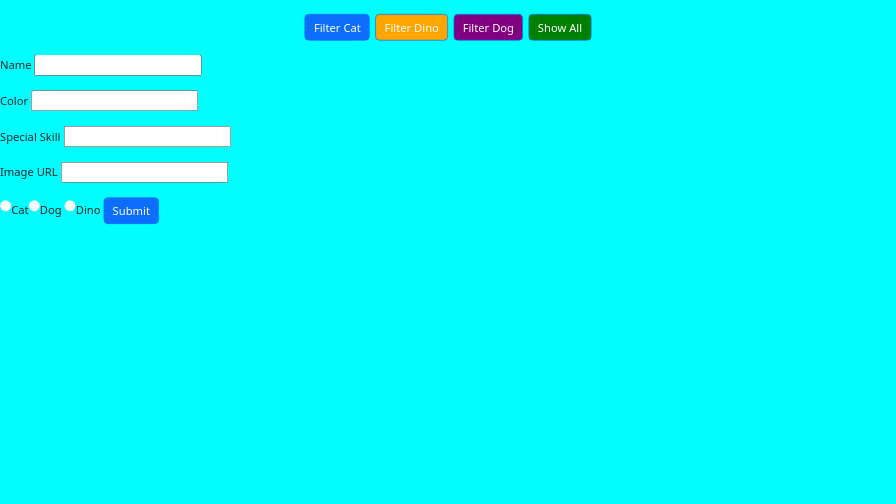
Repository: jgramirez0210/LAB-pet-adoption
Page: index.html
The author's editor kept a copy of each file at every save. The page is drawn from the files as they stood at one save, then again after the next save.
The browser window is 1280 px wide. The pictures show the part of the page from y = 0 to 1920 px (the page is 720 px tall before and 4080 px after), at 70% of full size.

Above is the page before, as saved 2023-10-21 13:53:02.

After the next save:
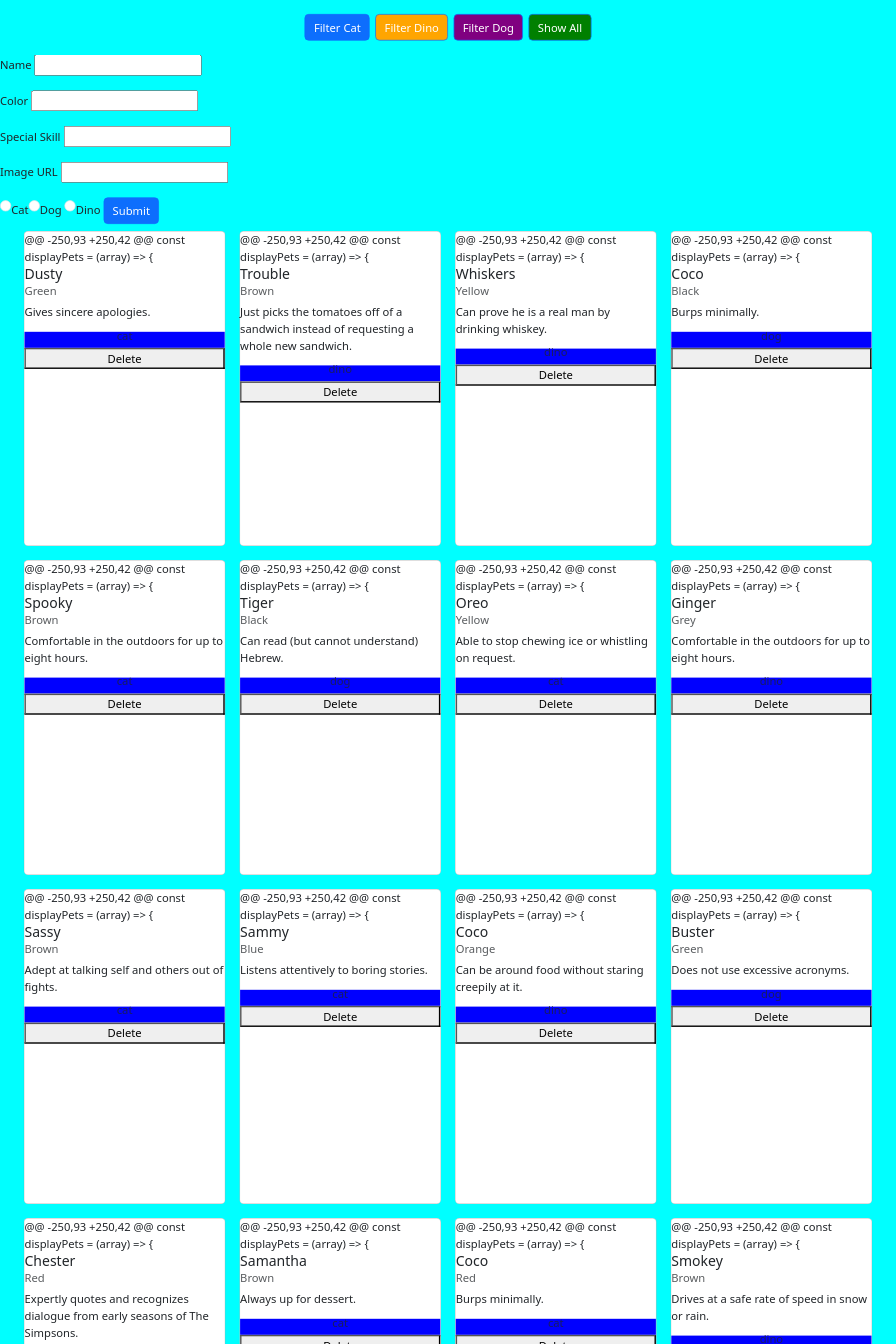
Saved 2 days later.
--- a/main.js
+++ b/main.js
@@ -241,54 +241,97 @@
     }
   ];
 
-const filterCards = (array) => {
-  let domString = "";
-  array.forEach((pet) => {
-    domString += `<div class="card" style="width: 18rem;">
-    <div class="card-body">
-    <img src="${pet.imageUrl}" class="card-img-top" alt="...">
-      <h5 class="card-title">${pet.name}</h5>
-      <h6 class="card-subtitle mb-2 text-body-secondary">${pet.color}</h6>
-      <p class="card-text">${pet.specialSkill}</p>
-      <h6 class="card-subtitle mb-2 text-body-secondary">${pet.type}</h6>
-    </div>
-  </div>`;
-  })
+  const displayPets = (array) => {
+    let domString = "";
+    array.forEach((pet) => {
+      domString += `<div class="card" style="width: 18rem;">
+    @@ -250,93 +250,42 @@ const displayPets = (array) => {
+        <h5 class="card-title">${pet.name}</h5>
+        <h6 class="card-subtitle mb-2 text-body-secondary">${pet.color}</h6>
+        <p class="card-text">${pet.specialSkill}</p>
+        <footer>
+        <h6 class="card-subtitle mb-2 text-body-secondary">${pet.type}</h6>
+        </footer>
+        <button id="delete--${pet.id}">Delete</button>
+      </div>
+    </div>`;
+    })
+
+    app.innerHTML = domString;
+  }
 
   const app = document.querySelector("#app");
-  app.innerHTML = domString;
-}
-
-
-const filterByType = (type) => {
-  return pets.filter(pet => pet.type === type)
-}
-const btnFilterCat = document.querySelector("#btn-cat");
-
-btnFilterCat.addEventListener('click',() => {
-  const filteredPets = filterByType('cat');
-  filterCards(filteredPets)
-})
-
-
-const btnFilterDino = document.querySelector("#btn-dino");
-
-btnFilterDino.addEventListener('click',() => {
-  const filteredPets = filterByType('dino');
-  filterCards(filteredPets)
-})
-
-
-const btnFilterDog = document.querySelector("#btn-dog");
-
-btnFilterDog.addEventListener('click',() => {
-  const filteredPets = filterByType('dog');
-  filterCards(filteredPets)
-})
-
-
-const btnFilterAll = document.querySelector("#btn-all");
-
-btnFilterAll.addEventListener('click',() => {
-  filterCards(pets);
-})
+  displayPets(pets);
+
+
+  const filterByType = (type) => {
+    return pets.filter(pet => pet.type === type)
+  }
+
+
+  const btnFilterCat = document.querySelector("#btn-cat");
+
+  btnFilterCat.addEventListener('click',() => {
+    const filteredPets = filterByType('cat');
+    displayPets(filteredPets)
+  })
+
+
+  const btnFilterDino = document.querySelector("#btn-dino");
+
+  btnFilterDino.addEventListener('click',() => {
+    const filteredPets = filterByType('dino');
+    displayPets(filteredPets)
+  })
+
+
+  const btnFilterDog = document.querySelector("#btn-dog");
+
+  btnFilterDog.addEventListener('click',() => {
+    const filteredPets = filterByType('dog');
+    displayPets(filteredPets)
+  })
+
+
+  const btnFilterAll = document.querySelector("#btn-all");
+
+  btnFilterAll.addEventListener('click',() => {
+    displayPets(pets);
+  })
+
+  const form = document.querySelector('form')
+
+
+  const deleteCard = (event) => {
+    if(event.target.id.includes("delete")){
+      const [, id] = event.target.id.split("--");
+      const index = pets.findIndex(obj => obj.id === Number(id));
+      pets.splice(index, 1);
+      displayPets(pets);
+    }
+  }
+  app.addEventListener("click", deleteCard)
+
+  document.querySelector('form').addEventListener('submit', function(event) {
+    event.preventDefault();
+
+    name: document.querySelector("#animalName").value;
+    color: document.querySelector("#animalColor").value;
+    specialSkill: document.querySelector("#specialSkill").value;
+    formImgUrl: document.querySelector("#formImgUrl").value;
+    let type;
+    if (document.getElementById('catRadio').checked) type = 'cat';
+      else if (document.getElementById('dogRadio').checked) type = 'dog';
+      else if (document.getElementById('dinoRadio').checked) type = 'dino';
+      const newPet = {
+        id: pets.length + 1,
+        name,
+        color,
+        specialSkill,
+        type,
+        imageUrl
+      };
+
+      pets.push(newPets);
+      displayPets(pets);
+  })

After the save that followed:
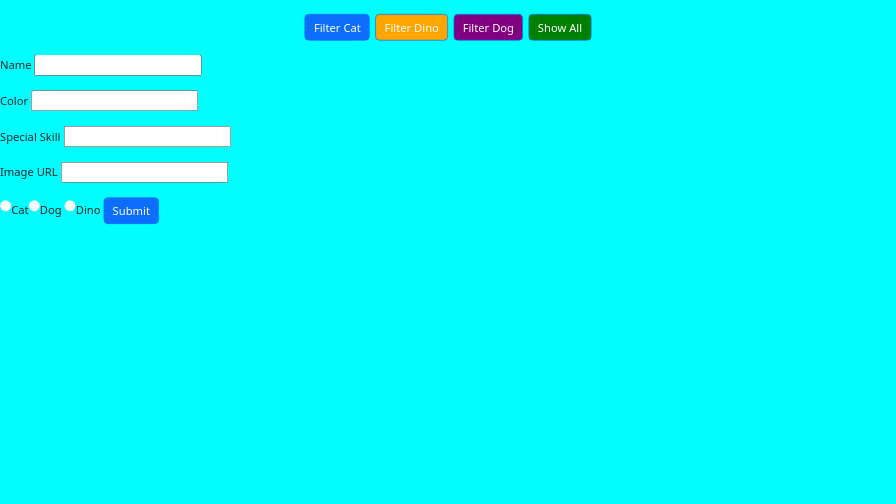
Console error: SyntaxError: Unexpected token 'class'
Saved 5 min 8 s later.
--- a/main.js
+++ b/main.js
@@ -245,12 +245,14 @@
     let domString = "";
     array.forEach((pet) => {
       domString += `<div class="card" style="width: 18rem;">
-    @@ -250,93 +250,42 @@ const displayPets = (array) => {
+    <div class="card-body">
+    <img src="${pet.imageUrl}" class="card-img-top" alt="...">
+      <h5 class="card-title">${pet.name}</h5>
+      <h6 class="card-subtitle mb-2 text-body-secondary">${pet.color}</h6>domString += `<div class="card" style="width: 18rem;">
+      <div class="card-body">
+      <img src="${pet.imageUrl}" class="card-img-top" alt="...">
         <h5 class="card-title">${pet.name}</h5>
         <h6 class="card-subtitle mb-2 text-body-secondary">${pet.color}</h6>
-        <p class="card-text">${pet.specialSkill}</p>
-        <footer>
-        <h6 class="card-subtitle mb-2 text-body-secondary">${pet.type}</h6>
         </footer>
         <button id="delete--${pet.id}">Delete</button>
       </div>
